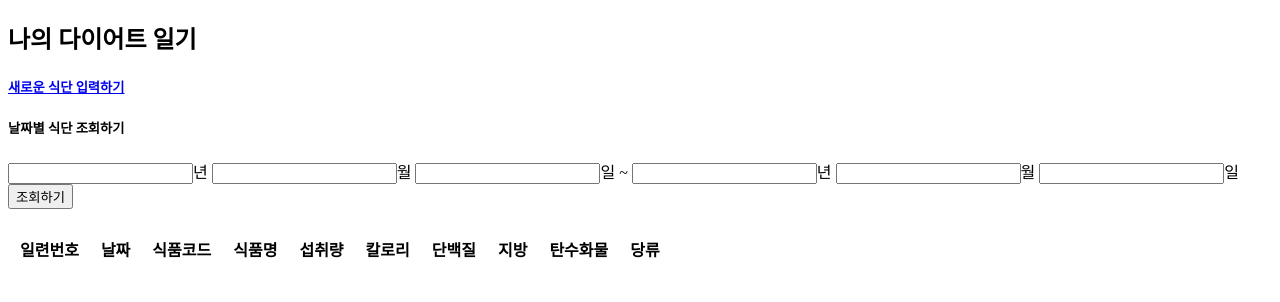
Repository: dkdud8140/OneDayProject_server
Page: http://localhost/Oneday_Server_food/WEB-INF/view/selectall.jsp
The author's editor kept a copy of each file at every save. The page is drawn from the files as they stood at one save, then again after the next save.
The browser window is 1280 px wide. The pictures show the whole page.
The page is served by Tomcat 9. Nobody is signed in. The template is opened directly, without the code that normally fills it, so the values that code supplies are empty.

Above is the page before, as saved 2021-05-10 07:45:15.

After the next save:
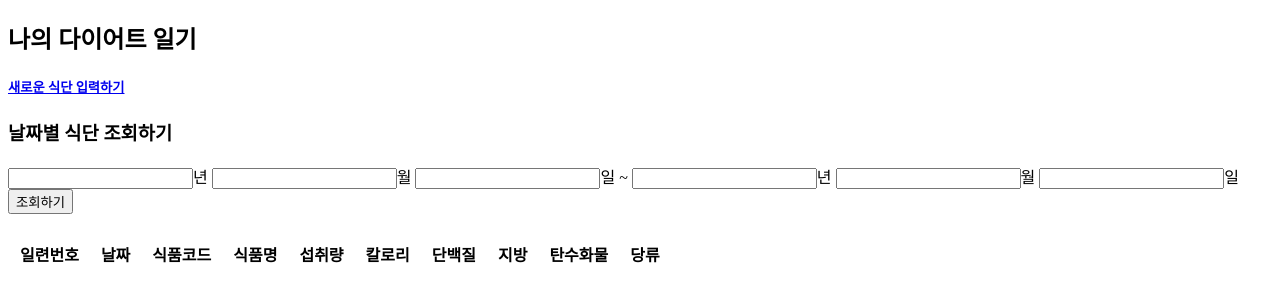
Saved 25 s later.
--- a/Oneday_Server_food/src/main/webapp/WEB-INF/view/selectall.jsp
+++ b/Oneday_Server_food/src/main/webapp/WEB-INF/view/selectall.jsp
@@ -18,7 +18,7 @@
 
 	<h5><a href = "/diet/insert/selectName">새로운 식단 입력하기</a></h5>
 
-	<h5>날짜별 식단 조회하기</h5>
+	<h3>날짜별 식단 조회하기</h3>
 	<form action ="">
 	<input name ="sYear">년 <input name ="sMonth">월 <input name ="sDay">일 ~
 	<input name ="lYear">년 <input name ="lMonth">월 <input name ="lDay">일
